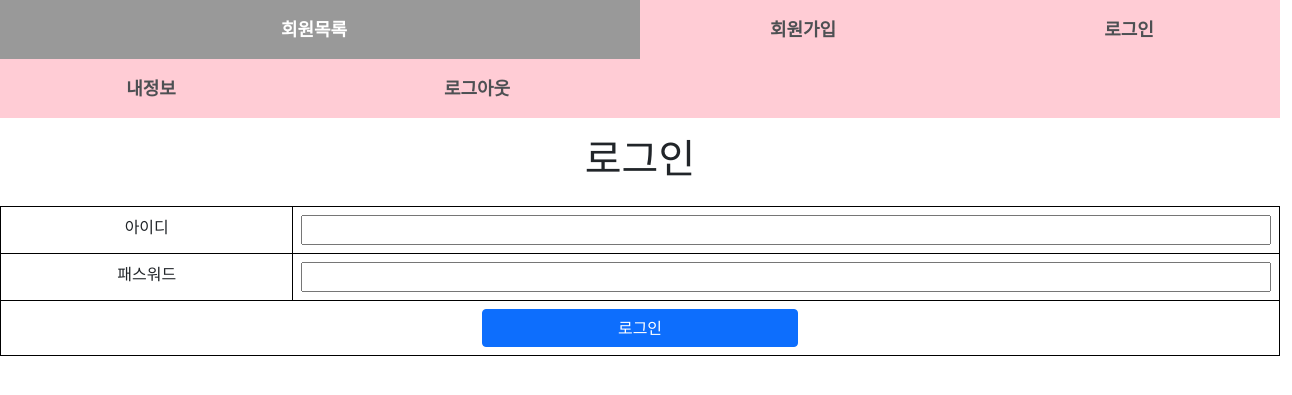
Repository: pyeonm30/PYMjspWorkspace
Page: http://localhost/MemberMVC1/02_memberLogin.jsp
These files come from the project's save history. The page is drawn as it stood at one moment and after the next save; the edit follows.
The browser window is 1280 px wide. The page is 1292 px wide, so the pictures cover 1292 px, including what lies to the right of the window. The pictures show the whole page.
The page is served by Tomcat 10.

Above is the page before, as saved 2024-02-02 09:06:30.

After the next save:
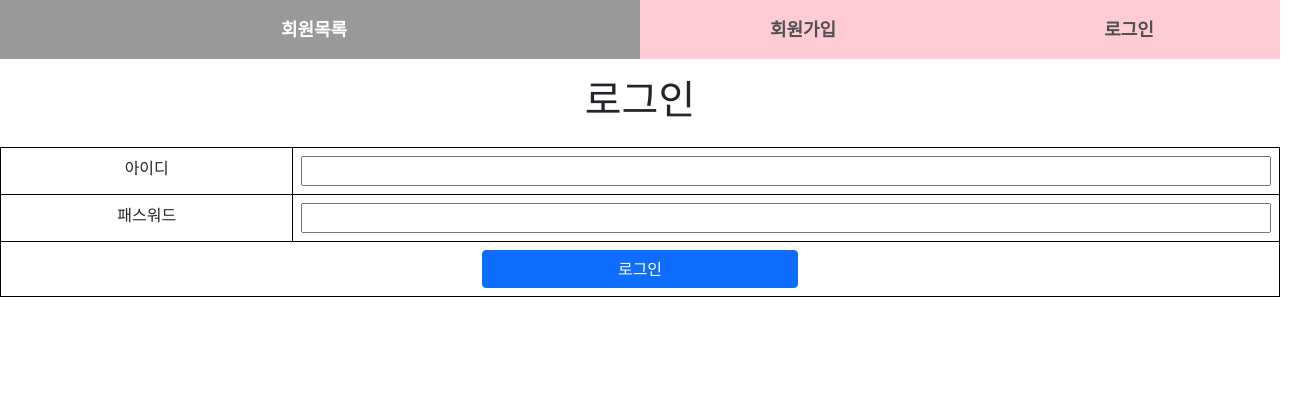
Saved 28 s later.
--- a/MemberMVC1/src/main/webapp/header.jsp
+++ b/MemberMVC1/src/main/webapp/header.jsp
@@ -10,12 +10,17 @@
 </head>
 <body>
 
-<header>
-	<div class ="row">
-		<div class="w-50 py-3"> 회원목록 </div>
-		<div class="w-25 py-3"> 회원가입 </div>
-		<div class="w-25 py-3"> 로그인 </div>
-		<div class="w-25 py-3"> 내정보 </div>
-		<div class="w-25 py-3"> 로그아웃 </div>
-	</div>
+  <header>
+          <div class="row">  <!--py-3(y축으로) 높이 column row )-->
+            <div class="w-50 py-3" onclick="location.href='01_memberlist.jsp'"> 회원목록 </div>
+
+            <%if(session.getAttribute("log")==null){ %>
+            <div class="w-25 py-3" onclick="location.href='04_memberInsert.jsp'"> 회원가입 </div>
+            <div class="w-25 py-3"  onclick="location.href='02_memberLogin.jsp'"> 로그인 </div>
+            <%}else{ %>
+
+                    <div class="w-25 py-3" onclick="location.href='05_memberContent.jsp?num=<%=(int)session.getAttribute("log") %>'"> 내정보 </div>
+                    <div class="w-25 py-3" onclick="location.href='03_Memberlogout.jsp'"> 로그아웃 </div>
+            <%} %>
+        </div>
 </header>
